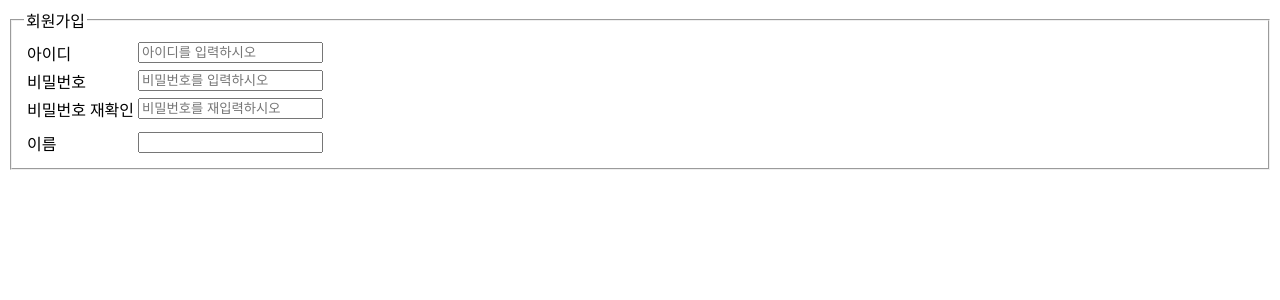
Repository: Scoobi-wisdoom/web
Page: d011/web/register.html
The author's editor kept a copy of each file at every save. The page is drawn from the files as they stood at one save, then again after the next save.
The browser window is 1280 px wide. The pictures show the whole page.

Above is the page before, as saved 2020-08-05 08:28:41.

### d011/web/register.html
<!DOCTYPE html>
<html>
<head>
<meta charset="EUC-KR">
<title>회원 가입</title>
</head>
<body>
<form action="register" method="GET">
	<fieldset>
		<legend>회원가입</legend>
		<table>
			<tr>
				<td>
					아이디
				</td>
				<td>
					<input type="text" name="id" size="20" placeholder="아이디를 입력하시오">
				</td>
			</tr>
			<tr>
				<td>
					비밀번호
				</td>
				<td>
					<input type="password" name="pwd" size="20" placeholder="비밀번호를 입력하시오">
				</td>
			</tr>
			<tr>
				<td>
					비밀번호 재확인
				</td>
				<td>
					<input type="password" name="rpwd" size="20" placeholder="비밀번호를 재입력하시오">
				</td>
			</tr>
				<td>
				</td>
			<tr>
			</tr>
			<tr>
				<td>
					이름
				</td>
				<td>
					<input type="text" name="name">
				</td>
			</tr>


		</table>
	</fieldset>
</form>
</body>
</html>

After the next save:
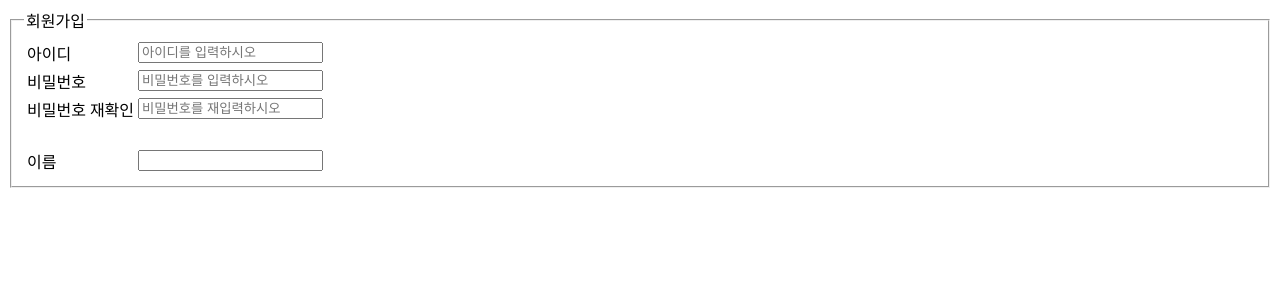
Saved 11 s later.
--- a/d011/web/register.html
+++ b/d011/web/register.html
@@ -33,7 +33,7 @@
 					<input type="password" name="rpwd" size="20" placeholder="비밀번호를 재입력하시오">
 				</td>
 			</tr>
-				<td>
+				<td><br>
 				</td>
 			<tr>
 			</tr>
